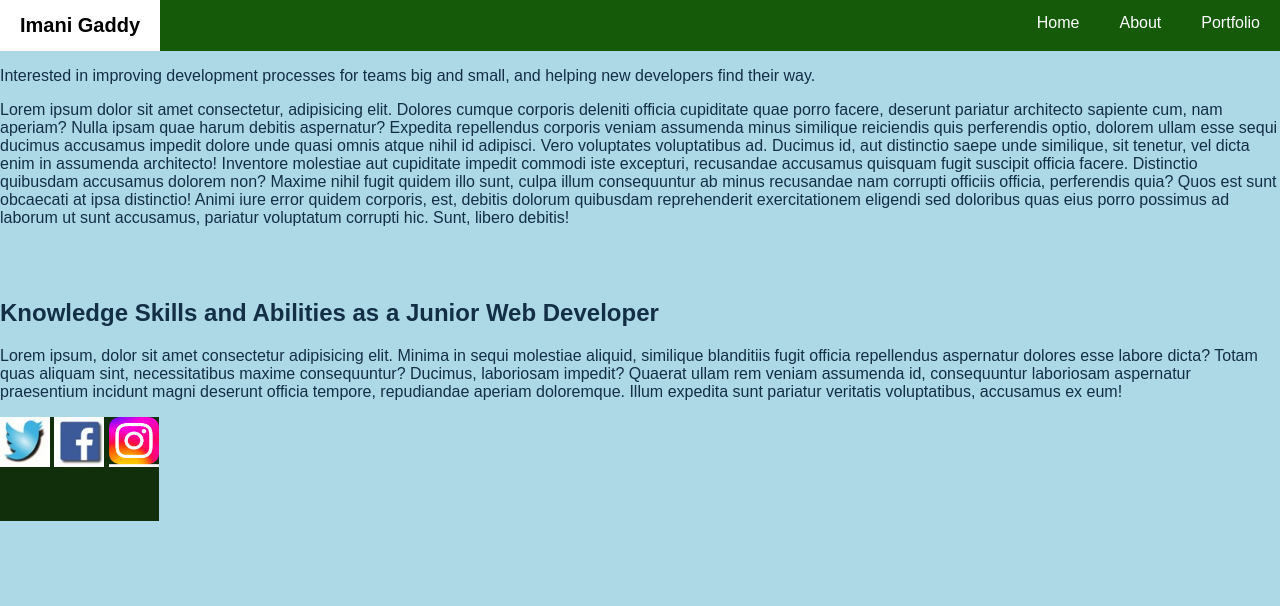
Repository: website-dev-team/website-repo
Page: personal_site/portfolio.html
An editor plug-in stored every save of this project. The page is shown before and after the next save, followed by the edit.
The browser window is 1280 px wide. The pictures show the whole page.

Above is the page before, as saved 2024-07-17 00:23:09.

### personal_site/portfolio.html
<!DOCTYPE html>
<html lang="en">
<head>
    <meta charset="UTF-8">
    <meta name="viewport" content="width=device-width, initial-scale=1.0">
    <title>My Personal Website</title>
    <link rel="stylesheet" href="style.css">
</head>
<body>
    <header>
        <nav class="navbar">
            <a class="logo" href="#">Imani Gaddy</a>
            <a href="./portfolio.html" class="nav-item">Portfolio</a>
            <a href="./about.html" class="nav-item">About</a>
            <a href="./home.html" class="nav-item">Home</a>
        </nav>
    </header>
    <div>
        <section>

            <section><p>Interested in improving development processes for teams big and small, and helping new developers find their way.</p>
        <p>Lorem ipsum dolor sit amet consectetur, adipisicing elit. Dolores cumque corporis deleniti officia cupiditate quae porro facere, deserunt pariatur architecto sapiente cum, nam aperiam? Nulla ipsam quae harum debitis aspernatur?
        Expedita repellendus corporis veniam assumenda minus similique reiciendis quis perferendis optio, dolorem ullam esse sequi ducimus accusamus impedit dolore unde quasi omnis atque nihil id adipisci. Vero voluptates voluptatibus ad.
        Ducimus id, aut distinctio saepe unde similique, sit tenetur, vel dicta enim in assumenda architecto! Inventore molestiae aut cupiditate impedit commodi iste excepturi, recusandae accusamus quisquam fugit suscipit officia facere.
        Distinctio quibusdam accusamus dolorem non? Maxime nihil fugit quidem illo sunt, culpa illum consequuntur ab minus recusandae nam corrupti officiis officia, perferendis quia? Quos est sunt obcaecati at ipsa distinctio!
        Animi iure error quidem corporis, est, debitis dolorum quibusdam reprehenderit exercitationem eligendi sed doloribus quas eius porro possimus ad laborum ut sunt accusamus, pariatur voluptatum corrupti hic. Sunt, libero debitis!</p>
            <br>
            <br>
            <h2>Knowledge Skills and Abilities as a Junior Web Developer</h2>
            <p>Lorem ipsum, dolor sit amet consectetur adipisicing elit. Minima in sequi molestiae aliquid, similique blanditiis fugit officia repellendus aspernatur dolores esse labore dicta? Totam quas aliquam sint, necessitatibus maxime consequuntur?
            Ducimus, laboriosam impedit? Quaerat ullam rem veniam assumenda id, consequuntur laboriosam aspernatur praesentium incidunt magni deserunt officia tempore, repudiandae aperiam doloremque. Illum expedita sunt pariatur veritatis voluptatibus, accusamus ex eum!</p>
            </section>
    </div>
    <footer>
        <nav class="navbar2">
            <img src="twitter.jpg" alt="insta" width="50" height="50">
            <img src="facebook.jpg" alt="insta" width="50" height="50">
            <img src="instagram.png" alt="insta" width="50" height="50">

        </nav>
    </footer>
</body>
</html>

### personal_site/style.css
body {
    margin: 0;
    font-family: Arial, Helvetica, sans-serif;
    background-color: #add8e6;
    color: #132f46;

}

.navbar {
    background-color: #145a08;
    overflow: hidden;
}

.navbar a {
    display: inline-block;
    text-decoration: none;
    text-align: center;
    padding: 14px 20px;
    color: white;
}

.navbar a:hover {
    background-color: white;
    color: black;
}

.navbar .logo {
    font-size: 20px;
    font-weight: bold;
    float: left;
}

.navbar .nav-item {
    float: right;
}

.float-left {
    float: right;
}

.navbar2 {
    background-color: #102f0a;
    overflow: hidden;
    padding-bottom: 50px;

}

footer {
    position: absolute;
}

.navbar2 a {
    display: inline-block;
    text-decoration: none;
    text-align: center;
    padding: 14px 20px;
    color: white;
}

.navbar2 a:hover {
    background-color: white;
    color: black;
}

.navbar2 .logo {
    font-size: 20px;
    font-weight: bold;
    float: left;
}

.navbar2 .nav-item {
    float: right;
}

.float-left {
    float: right;
}

After the next save:
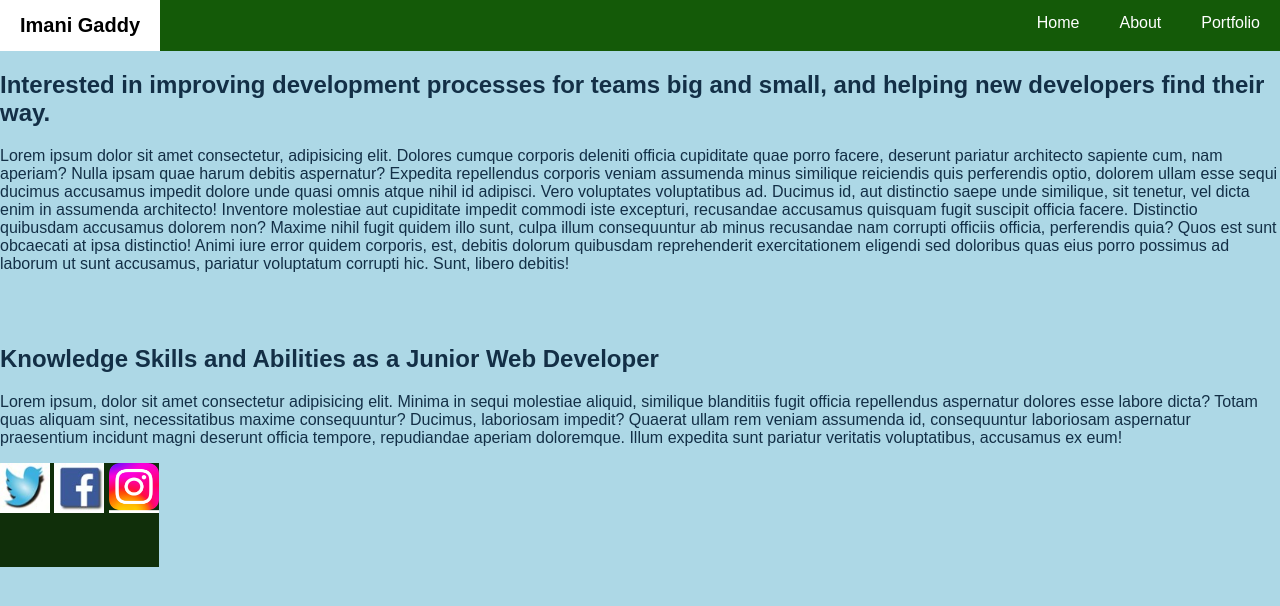
Saved 96 s later.
--- a/personal_site/portfolio.html
+++ b/personal_site/portfolio.html
@@ -18,7 +18,7 @@
     <div>
         <section>
 
-            <section><p>Interested in improving development processes for teams big and small, and helping new developers find their way.</p>
+            <section><h2>Interested in improving development processes for teams big and small, and helping new developers find their way.</h2>
         <p>Lorem ipsum dolor sit amet consectetur, adipisicing elit. Dolores cumque corporis deleniti officia cupiditate quae porro facere, deserunt pariatur architecto sapiente cum, nam aperiam? Nulla ipsam quae harum debitis aspernatur?
         Expedita repellendus corporis veniam assumenda minus similique reiciendis quis perferendis optio, dolorem ullam esse sequi ducimus accusamus impedit dolore unde quasi omnis atque nihil id adipisci. Vero voluptates voluptatibus ad.
         Ducimus id, aut distinctio saepe unde similique, sit tenetur, vel dicta enim in assumenda architecto! Inventore molestiae aut cupiditate impedit commodi iste excepturi, recusandae accusamus quisquam fugit suscipit officia facere.
